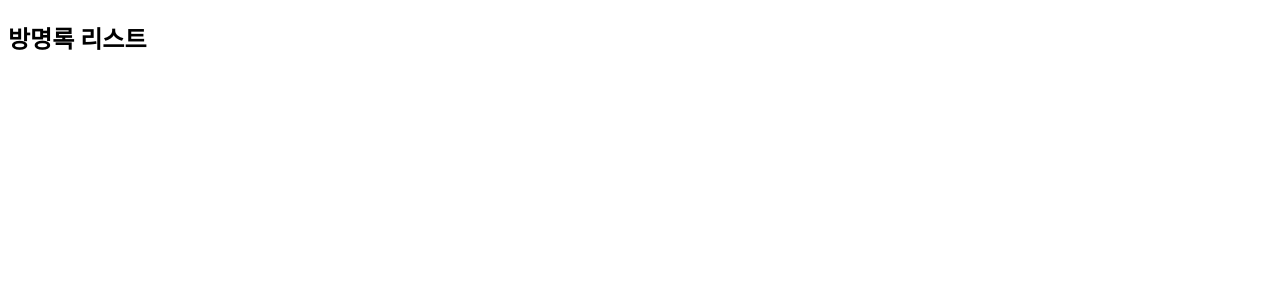
Repository: wjsjsn/23_jspstudy
Page: http://localhost/02_jsp/GuestController?cmd=list
An editor plug-in stored every save of this project. The page is shown before and after the next save, followed by the edit.
The browser window is 1280 px wide. The pictures show the whole page.
The page is served by Tomcat 9. Other server files are loaded and not shown.

Above is the page before, as saved 2023-07-06 02:57:05.

### 02_jsp/src/main/webapp/guestbook/list.jsp
<%@ page language="java" contentType="text/html; charset=UTF-8"
    pageEncoding="UTF-8"%>
<!DOCTYPE html>
<html>
<head>
<meta charset="UTF-8">
<title>방명록</title>
</head>
<body>
	<div>
		<h2>방명록 리스트</h2>
	</div>
</body>
</html>

### 02_jsp/src/main/java/com/guestbook/controller/GuestController.java
package com.guestbook.controller;

import java.io.IOException;
import java.io.PrintWriter;

import javax.servlet.ServletException;
import javax.servlet.annotation.WebServlet;
import javax.servlet.http.HttpServlet;
import javax.servlet.http.HttpServletRequest;
import javax.servlet.http.HttpServletResponse;

import com.guestbook.model.Command;
import com.guestbook.model.ListCommand;

@WebServlet("/GuestController")
public class GuestController extends HttpServlet {
	private static final long serialVersionUID = 1L;

	protected void doGet(HttpServletRequest request, HttpServletResponse response)
			throws ServletException, IOException {
		doPost(request, response);
	}

	protected void doPost(HttpServletRequest request, HttpServletResponse response)
			throws ServletException, IOException {
		request.setCharacterEncoding("utf-8");
		response.setContentType("text/html; charset=utf-8");
		PrintWriter out = response.getWriter();

		String cmd = request.getParameter("cmd");
		Command comm = null;
		if (cmd.equals("list")) {
			comm = new ListCommand();
		}
		String path = comm.exec(request, response);
		request.getRequestDispatcher(path).forward(request, response);
	}
}

### 02_jsp/src/main/java/com/guestbook/model/ListCommand.java
package com.guestbook.model;

import javax.servlet.http.HttpServletRequest;
import javax.servlet.http.HttpServletResponse;

public class ListCommand implements Command{
@Override
public String exec(HttpServletRequest request, HttpServletResponse response) {
	// 일처리

	// 결과 저장

	// 결과 보여줄 페이지
	return "guestbook/list.jsp";
}
}

After the next save:
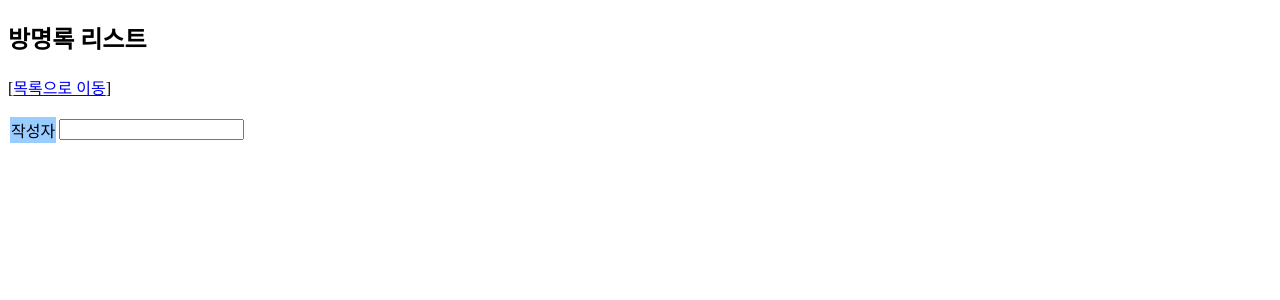
Saved 17 s later.
--- a/02_jsp/src/main/webapp/guestbook/list.jsp
+++ b/02_jsp/src/main/webapp/guestbook/list.jsp
@@ -9,6 +9,13 @@
 <body>
 	<div>
 		<h2>방명록 리스트</h2>
+		<p>[<a href="/03_guestbook/MyController?cmd=list">목록으로 이동</a>]</p>
+		<form method="post">
+			<table>
+				<tr align="center">
+					<td bgcolor="#99ccff">작성자</td>
+					<td><input type="text" name="name" size ="20"/></td>
+				</tr>
 	</div>
 </body>
 </html>
